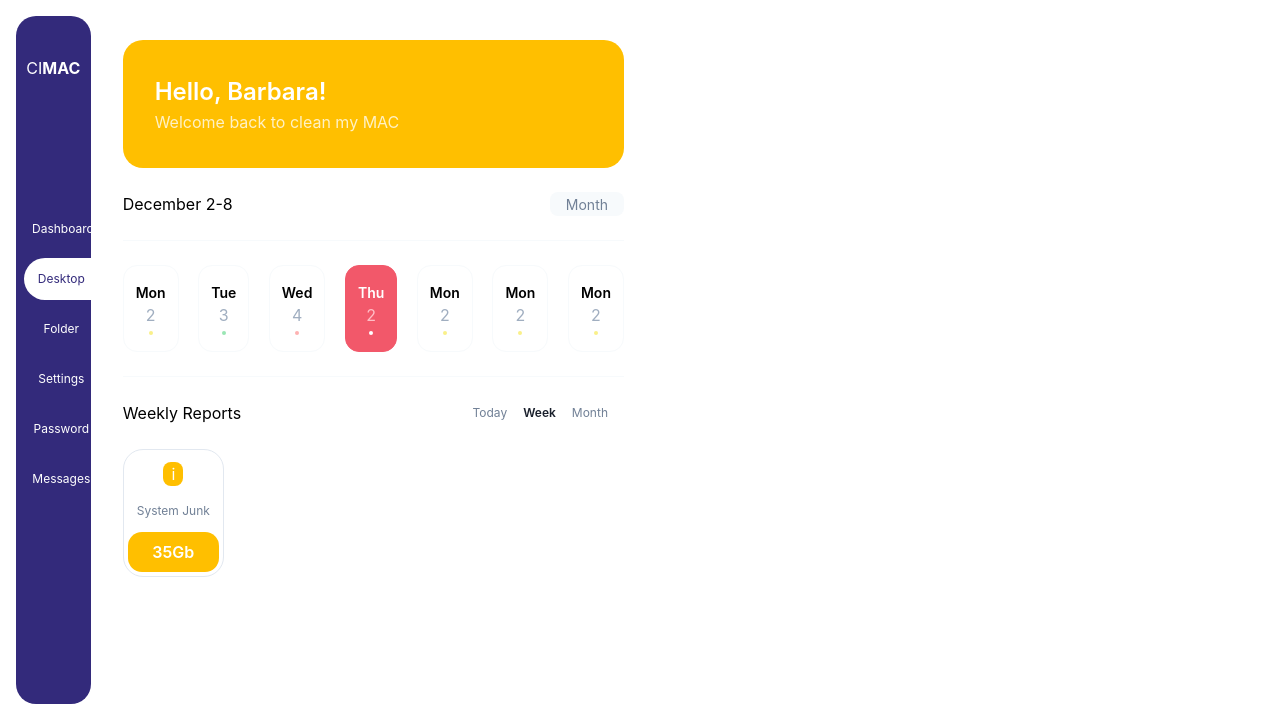
Repository: charleyvibez/experiment-Utility-software-UI
Page: index.html
The author's editor kept a copy of each file at every save. The page is drawn from the files as they stood at one save, then again after the next save.
The browser window is 1280 px wide. The pictures show the whole page.

Above is the page before, as saved 2020-03-18 00:54:27.

### index.html
<!DOCTYPE html>
<html lang="en">
<head>
  <meta charset="UTF-8">
  <meta name="viewport" content="width=device-width, initial-scale=1.0">

  <link rel="stylesheet" href="tailwind.css">
  <link rel="stylesheet" href="index.css">
  <title>Document</title>
</head>
<body>
  <section class="flex">
     <aside class="w-1/12 p-4 h-screen">
      <div class="aside-container bg-gray-100 rounded-xl flex flex-col items-center h-full">
        <div class="logo pt-10 text-white">
          <h3>CI<span class="font-bold">MAC</span></h3>
        </div>

      <nav class="flex flex-col items-center text-xs mt-32 text-center text-white w-full pl-2">
        <div class="nav-item w-full pl-2 py-3 mb-2">Dashboard</div>
        <div class="nav-item w-full pl-2 py-3 mb-2 active-nav">Desktop</div>
        <div class="nav-item w-full pl-2 py-3 mb-2">Folder</div>
        <div class="nav-item w-full pl-2 py-3 mb-2">Settings</div>
        <div class="nav-item w-full pl-2 py-3 mb-2">Password</div>
        <div class="nav-item w-full pl-2 py-3 mb-2">Messages</div>
      </nav>
      </div>

    </aside>

  <main class="w-5/12 p-4 h-screen pt-10">
    <div class="main-container">
      <div class="hello p-8 h-32 yellow-bg rounded-xl flex flex-col justify-center">
        <h1 class="text-2xl font-semibold text-white">Hello, Barbara!</h1>
        <p class="yellow-text-support">Welcome back to clean my MAC</p>
      </div>
      <div class="date">
        <div class="heading flex justify-between border-b border-gray-100 py-6">
          <div class="heading-date-range">
            <Span> December 2-8</Span>
          </div>
          <div class="heading-month bg-gray-100 px-4 rounded-lg flex items-center">
            <span class="inline-block text-sm text-gray-600">Month</span>
          </div>
        </div>
        <div class="days flex justify-between py-6  border-b border-gray-100">
          <div class="day flex flex-col items-center py-4 px-3 border border-gray-100 rounded-lg">
            <h3 class="font-semibold text-sm">Mon</h3>
            <span class="text-gray-500">2</span>
            <span class="w-1 h-1 bg-yellow-300 rounded-full mt-1"></span>
          </div>
          <div class="day flex flex-col items-center py-4 px-3 border border-gray-100 rounded-lg">
            <h3 class="font-semibold text-sm">Tue</h3>
            <span class="text-gray-500">3</span>
            <span class="w-1 h-1 bg-green-300 rounded-full mt-1"></span>
          </div>
          <div class="day flex flex-col items-center py-4 px-3 border border-gray-100 rounded-lg">
            <h3 class="font-semibold text-sm">Wed</h3>
            <span class="text-gray-500">4</span>
            <span class="w-1 h-1 bg-red-300 rounded-full mt-1"></span>
          </div>
          <div class="day flex flex-col items-center py-4 px-3 border border-gray-100 rounded-lg active-day">
            <h3 class="font-semibold text-sm">Thu</h3>
            <span class="inline-block text-gray-500 day-number">2</span>
            <span class="inline-block w-1 h-1 bg-yellow-300 rounded-full mt-1 day-indicator"></span>
          </div>
          <div class="day flex flex-col items-center py-4 px-3 border border-gray-100 rounded-lg">
            <h3 class="font-semibold text-sm">Mon</h3>
            <span class="text-gray-500">2</span>
            <span class="w-1 h-1 bg-yellow-300 rounded-full mt-1"></span>
          </div>
          <div class="day flex flex-col items-center py-4 px-3 border border-gray-100 rounded-lg">
            <h3 class="font-semibold text-sm">Mon</h3>
            <span class="text-gray-500">2</span>
            <span class="w-1 h-1 bg-yellow-300 rounded-full mt-1"></span>
          </div>
          <div class="day flex flex-col items-center py-4 px-3 border border-gray-100 rounded-lg">
            <h3 class="font-semibold text-sm">Mon</h3>
            <span class="text-gray-500">2</span>
            <span class="w-1 h-1 bg-yellow-300 rounded-full mt-1"></span>
          </div>
        </div>
      </div>

       <div class="Reports">
        <div class="heading flex justify-between  py-6">
          <div class="heading-date-range">
            <Span class="font-normal"> Weekly Reports</Span>
          </div>
          <div class="heading-reports  px-4 rounded-lg flex items-center">
            <span class="inline-block text-gray-600 text-xs">Today</span>
            <span class="inline-block text-gray-900 ml-4 text-xs font-semibold">Week</span>
            <span class="inline-block text-gray-600 ml-4 text-xs">Month</span>
          </div>


        </div>
        <div class="junks">
          <div class="system-junk w-1/4  flex items-center pr-6">
           <div class="bg-white rounded-xl flex flex-col items-center border w-full px-1 pt-3 pb-1">
             <span class="junk-icon inline-block px-2 text-white mb-4 rounded-lg yellow-bg">
              i
            </span>
            <h6 class="text-xs mb-3 text-gray-600">System Junk</h6>
            <span class="inline-block yellow-bg px-5 py-2 text-center rounded-semi-xl text-white font-semibold w-full">35Gb</span>
           </div>
          </div>
        </div>
       </div>
    </div>
  </main>
  </section>

</body>
</html>

### index.css
* {
  margin: 0;
  padding: 0;
  box-sizing: border-box;
}

.aside-container {
  background: #332a7b;
}
.active-nav {
  position: relative;
  background:white;
  color: #332a7b;
  border-bottom-left-radius: 30px;
  border-top-left-radius: 30px;
}

/* .active-nav:before {
  position: absolute;
  content: '';
  height: 30px;
  width: 30px;
  border-radius: 50%;
  top: -25px;
  right: 0;
  background: #332a7b;
} */

.rounded-xl {
  border-radius: 20px
}
.rounded-semi-xl {
  border-radius: 14px
}

.yellow-bg {
  background: #ffbf00;
}
.yellow-text-support {
  color: #fff1c5
}

.day {
  border-radius: 14px;
}

.active-day {
  background: #f2586a;
  border: 1px solid #f2586a
}

.active-day h3 {
  color: white;
  ;
}
.active-day .day-number {
  color: #ffbec6;
}
.active-day .day-indicator {
  background: white;
}

Loaded but not shown: tailwind.css (library)

After the next save:
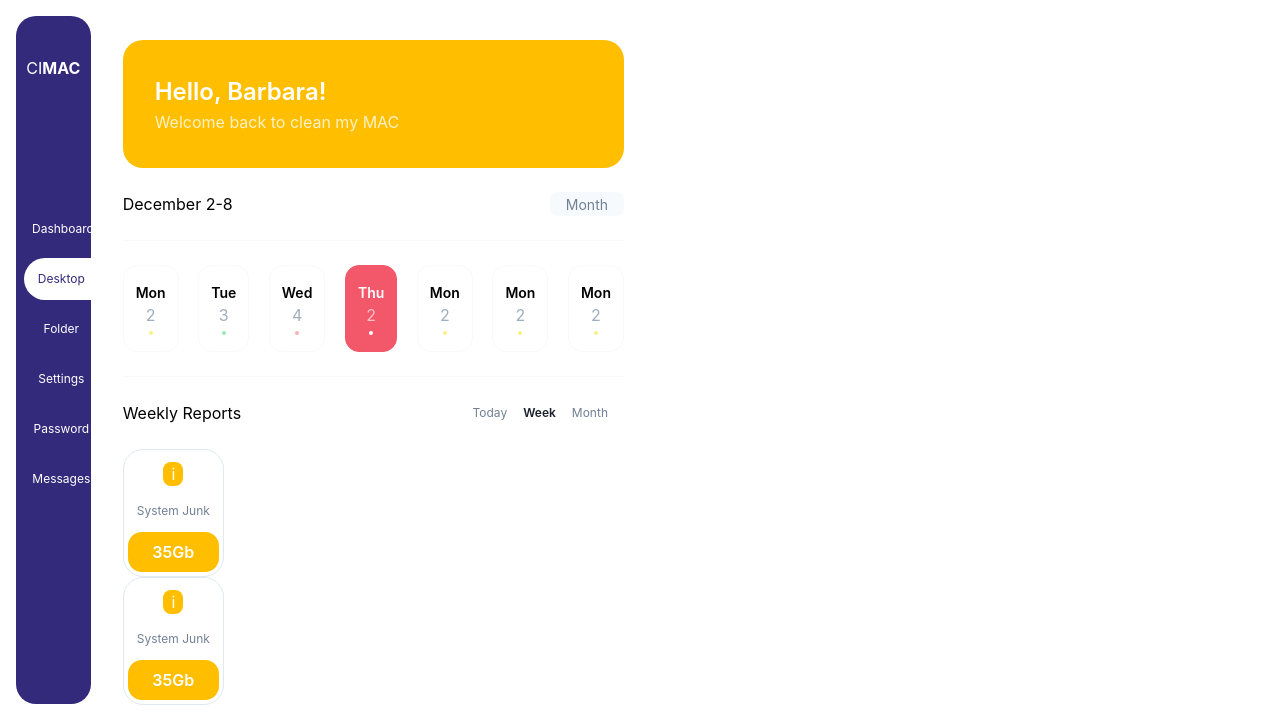
Saved 22 s later.
--- a/index.html
+++ b/index.html
@@ -106,6 +106,17 @@
            </div>
           </div>
         </div>
+        <div class="junks">
+          <div class="system-junk w-1/4  flex items-center pr-6">
+           <div class="bg-white rounded-xl flex flex-col items-center border w-full px-1 pt-3 pb-1">
+             <span class="junk-icon inline-block px-2 text-white mb-4 rounded-lg yellow-bg">
+              i
+            </span>
+            <h6 class="text-xs mb-3 text-gray-600">System Junk</h6>
+            <span class="inline-block yellow-bg px-5 py-2 text-center rounded-semi-xl text-white font-semibold w-full">35Gb</span>
+           </div>
+          </div>
+        </div>
        </div>
     </div>
   </main>
